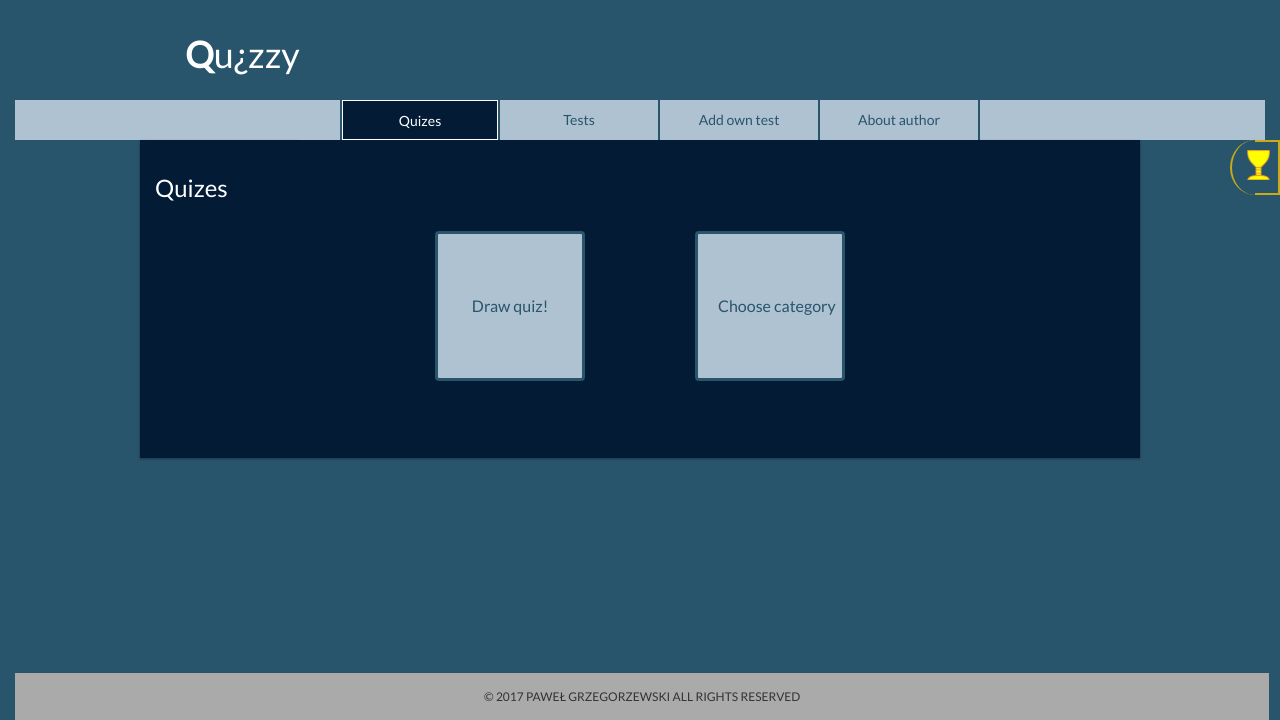
Repository: pgrzegorzewski/quiz
Page: http://localhost/app/quiz.php
An editor plug-in stored every save of this project. The page is shown before and after the next save, followed by the edit.
The browser window is 1280 px wide. The pictures show the whole page.
The pointer rests on the first visible `ol > li`.
Some web libraries are served in a nearby version. The page is run by PHP 8.4 with error messages shown; the project is at /var/www/html/.

Above is the page before, as saved 2017-04-22 14:01:55.

After the next save:
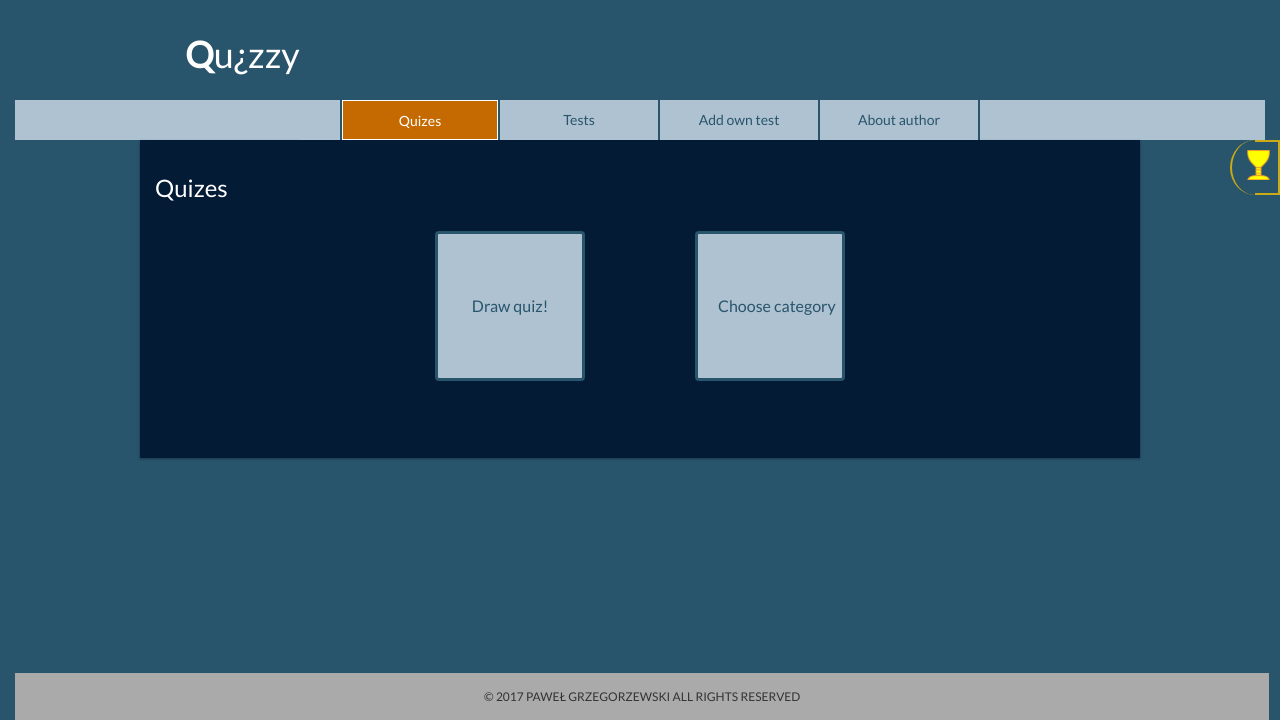
Saved 98 s later.
--- a/htdocs/app/learningapp/css/index.css
+++ b/htdocs/app/learningapp/css/index.css
@@ -171,7 +171,7 @@ ol > li
 
 ol > li:hover
 {
-	background-color:#031B35;
+	background-color:#C56A00;
 
 }
 
